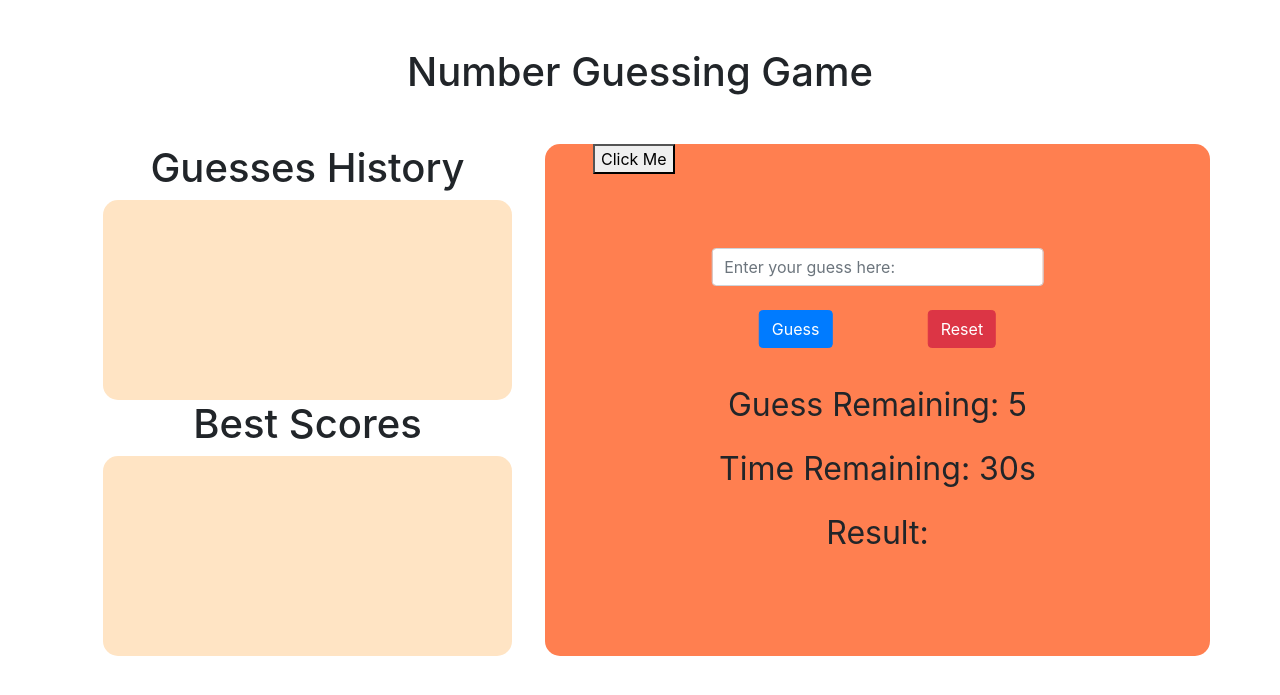
Repository: tts2610/NumberGuessingGame
Page: index.html
An editor plug-in stored every save of this project. The page is shown before and after the next save, followed by the edit.
The browser window is 1280 px wide. The pictures show the whole page.

Above is the page before, as saved 2020-05-13 12:46:29.

After the next save:
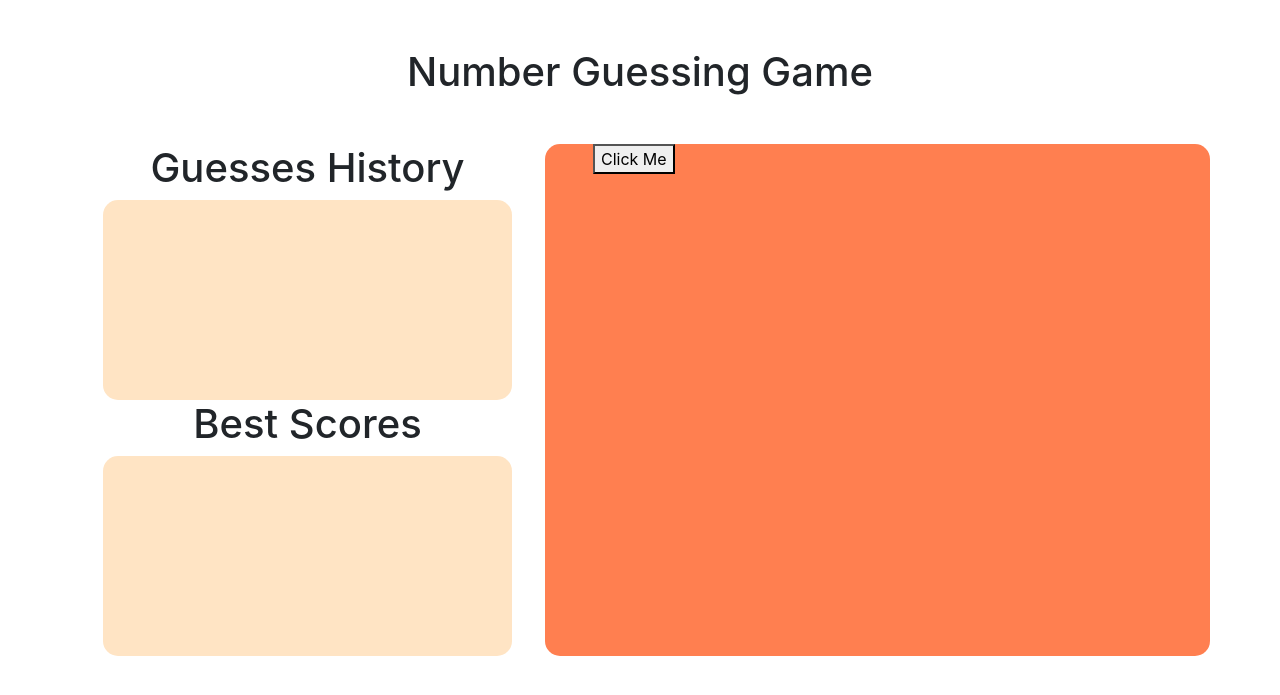
Saved 41 s later.
--- a/css/style.css
+++ b/css/style.css
@@ -38,3 +38,7 @@
     display: flex;
     justify-content: space-around;
 }
+
+#inputDiv {
+    display: none;
+}
